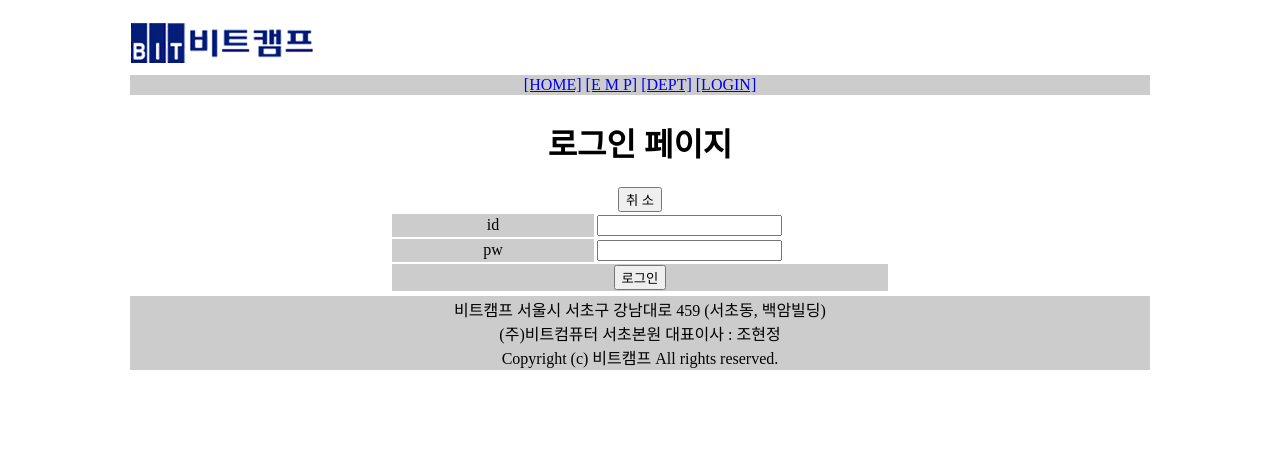
Repository: Deepsky110/LectureNotes
Page: http://localhost/web08/login/form.jsp
These files come from the project's save history. The page is drawn as it stood at one moment and after the next save; the edit follows.
The browser window is 1280 px wide. The pictures show the whole page.
The page is served by Tomcat 9.

Above is the page before, as saved 2020-07-07 08:25:56.

After the next save:
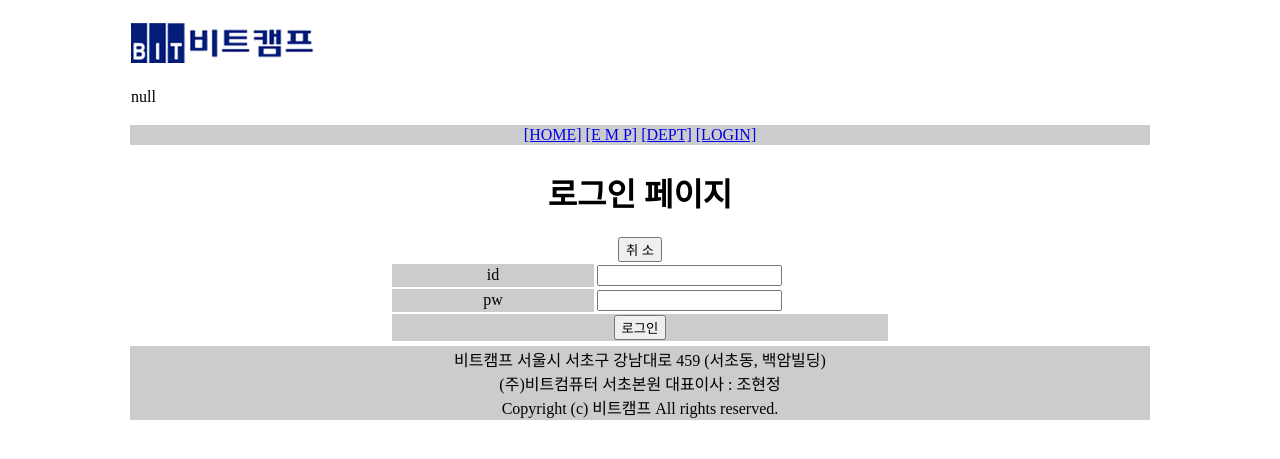
Saved 37 s later.
--- a/web08/WebContent/template/header.jspf
+++ b/web08/WebContent/template/header.jspf
@@ -5,5 +5,6 @@
 		<tr>
 			<td>
 				<img alt="" src="<%=path %>img/logo.png">
+				<p><jsp:getProperty property="name" name="login"/></p>
 			</td>
 		</tr>
